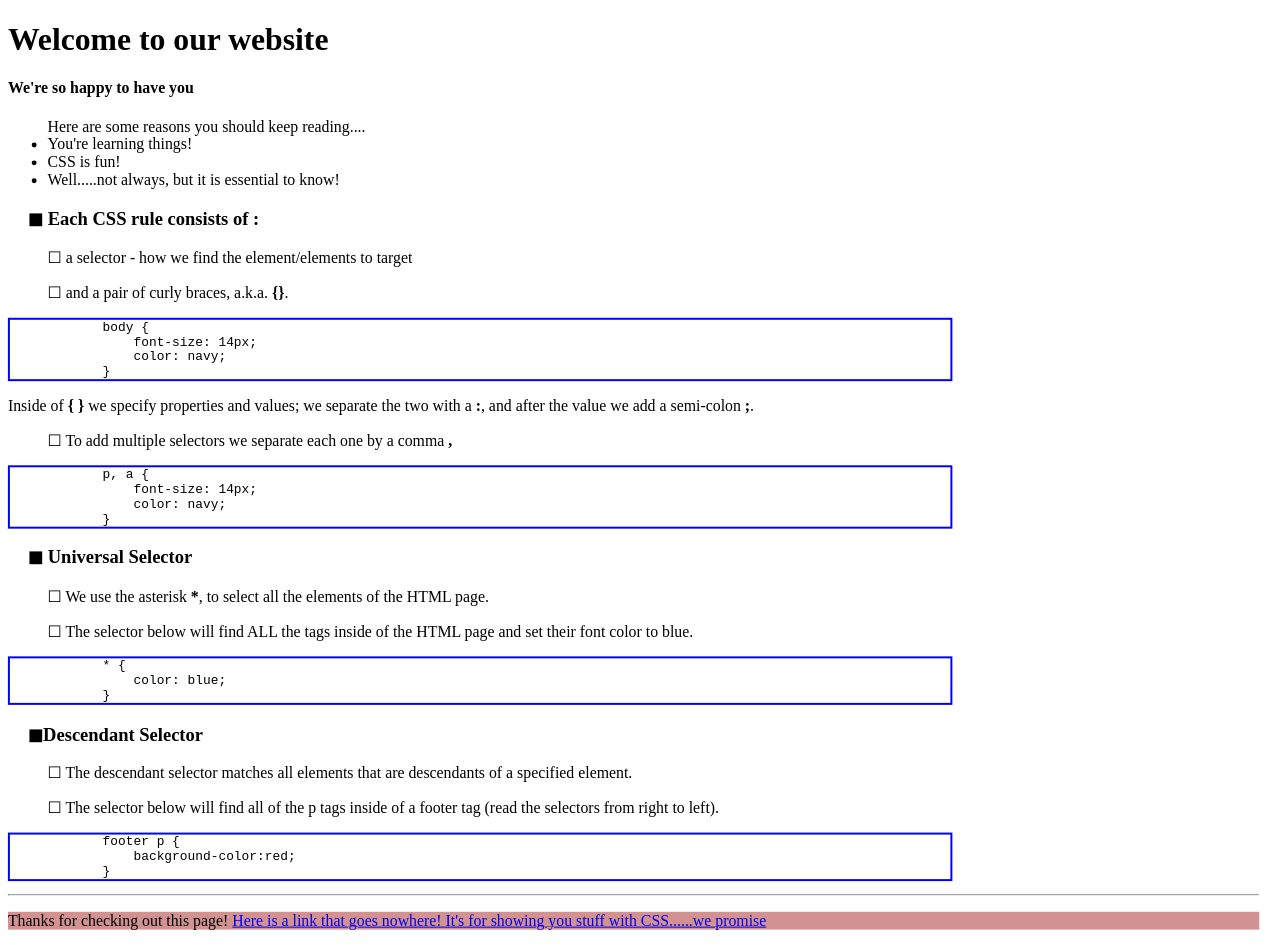
Repository: AnnaSpirit/Tests__
Page: CSS/Useful_Selectors.html
An editor plug-in stored every save of this project. The page is shown before and after the next save, followed by the edit.
The browser window is 1280 px wide. The pictures show the whole page, at 99% of full size.

Above is the page before, as saved 2024-04-01 17:29:25.

### CSS/Useful_Selectors.html
<!DOCTYPE html>
<html lang="en">
<head>
    <meta charset="UTF-8">
    <meta name="viewport" content="width=device-width, initial-scale=1.0">
    <title>Useful Selectors</title>
    <link rel="stylesheet" href="style_Selectors.css">
</head>
<body>
    <header>
        <h1>Welcome to our website</h1>
        <h4>We're so happy to have you</h4>
    </header>
    <section>
        <ul> Here are some reasons you should keep reading....
            <li>You're learning things!</li>
            <li>CSS is fun!</li>
            <li>Well.....not always, but it is essential to know!</li>
        </ul>
    </section>
    <section>
        <h3 style="padding-left: 20px;"> &#9724; Each CSS rule consists of :</h3>
            <p style="padding-left: 40px;"> &#9744; a selector - how we find the element/elements to target</p>
            <p style="padding-left: 40px;"> &#9744; and a pair of curly braces, a.k.a. <b>{}</b>.</p>
    <span >
        <pre style="border: 2px solid blue; margin-right: 310px">
            body {
                font-size: 14px;
                color: navy;
            }</pre></span>
    <p>Inside of <b>{ }</b> we specify properties and values; we separate the two with a <b>:</b>, and after the value we add a semi-colon <b>;</b>.</p>
            <p style="padding-left: 40px;"> &#9744; To add multiple selectors we separate each one by a comma <b>,</b></p>
    <span>
        <pre style="border: 2px solid blue; margin-right: 310px">
            p, a {
                font-size: 14px;
                color: navy;
            }</pre>
        </span>
        <h3 style="padding-left: 20px;"> &#9724; Universal Selector</h3>
        <p style="padding-left: 40px;">&#9744; We use the asterisk <b>*</b>, to select all the elements of the HTML page.</p>
        <p style="padding-left: 40px;">&#9744; The selector below will find ALL the tags inside of the HTML page and set their font color to blue.</p>
    <span>
        <pre style="border: 2px solid blue; margin-right: 310px">
            * {
                color: blue;
            }</pre>
    </span>
    <h3 style="padding-left: 20px;"> &#9724;Descendant Selector</h3>
    <p style="padding-left: 40px;">&#9744; The descendant selector matches all elements that are descendants of a specified element.</p>
    <p style="padding-left: 40px;">&#9744; The selector below will find all of the p tags inside of a footer tag (read the selectors from right to left).</p>
    <span>
        <pre style="border: 2px solid blue; margin-right: 310px">
            footer p {
                background-color:red;
            }</pre>
    </span>
    </section>
    <hr>
    <footer>

        <p>
            Thanks for checking out this page!
            <a href="#">Here is a link that goes nowhere! It's for showing you stuff with CSS......we promise</a>
        </p>
    </footer>
</body>
</html>

### CSS/style_Selectors.css
/* Universal Selector */
/* * {
    color: brown;
} */
footer p {
    background-color: rgb(211, 146, 146);
}
h3{
    color: ;
}

After the next save:
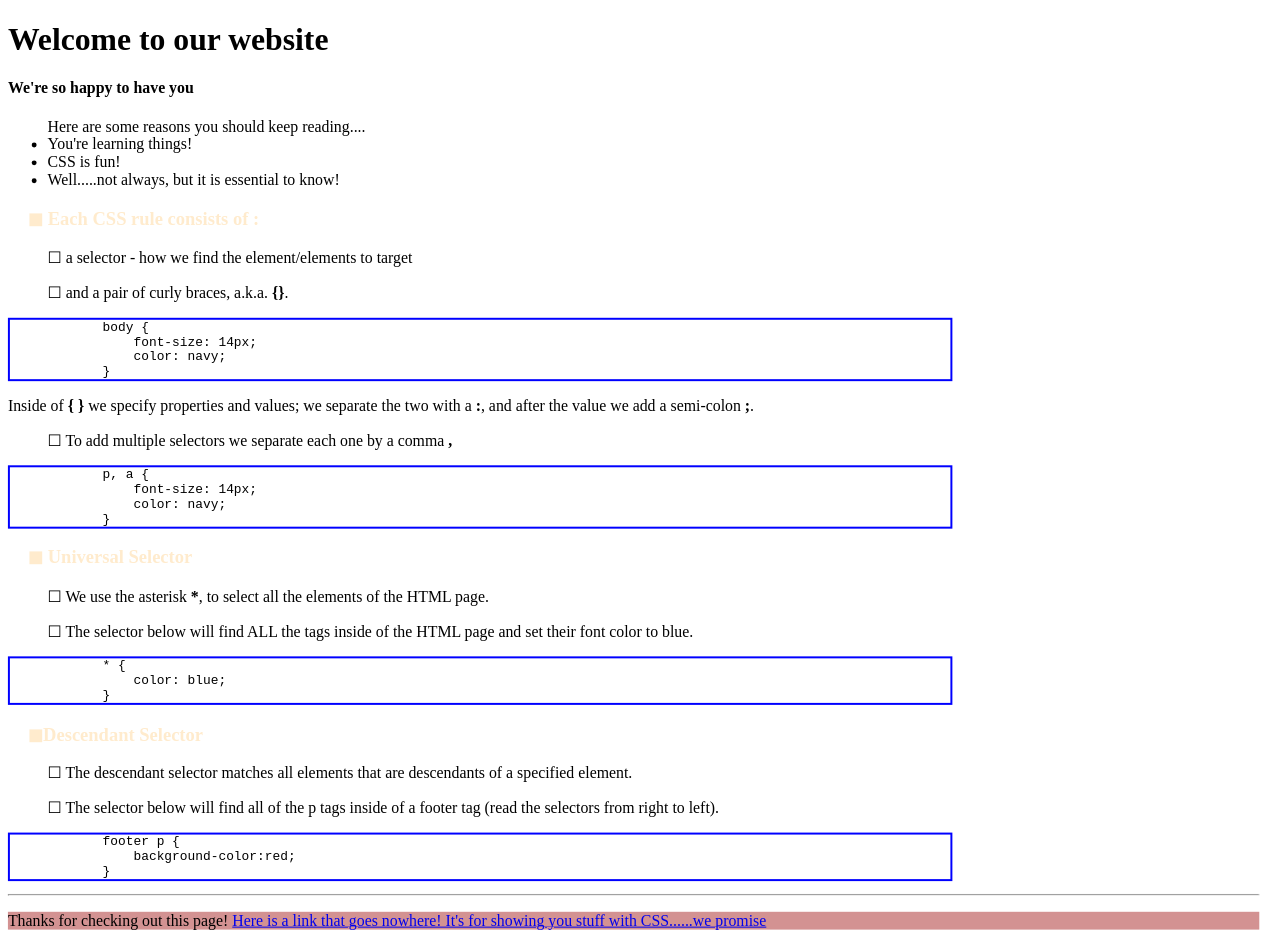
Saved 6 s later.
--- a/CSS/style_Selectors.css
+++ b/CSS/style_Selectors.css
@@ -6,5 +6,5 @@ footer p {
     background-color: rgb(211, 146, 146);
 }
 h3{
-    color: ;
+    color: blanchedalmond;
 }
